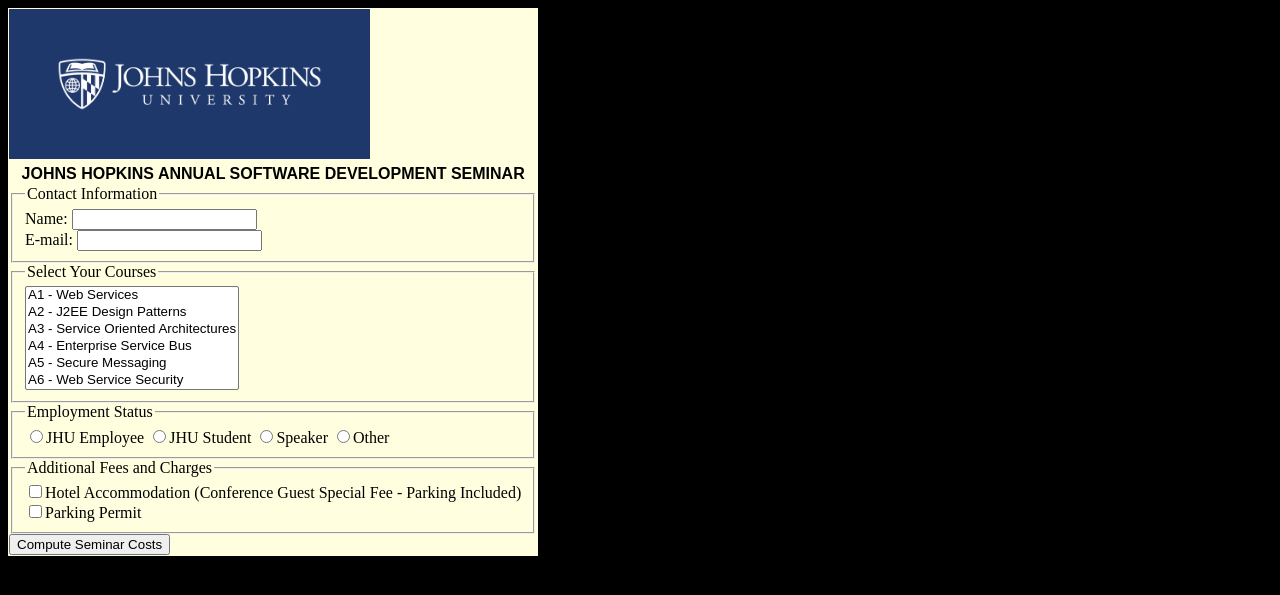
Repository: justinjwk/eclipse-workspace
Page: http://localhost/Homework2/
An editor plug-in stored every save of this project. The page is shown before and after the next save, followed by the edit.
The browser window is 1280 px wide. The pictures show the whole page.
The page is served by Tomcat 9.

Above is the page before, as saved 2019-06-12 03:18:03.

### Homework2/WebContent/index.html
<!DOCTYPE html>
<html>
<head>
<meta charset="UTF-8">
<link rel="stylesheet" href="./jkim342.css">
<title>JHU Annual Software Development Seminar</title>
</head>
<body>
	<table>
		<tr>
			<td class="tableImage"><img src="jhu_logo.png" height=150></td>
		</tr>
		<tr>
			<th>JOHNS HOPKINS ANNUAL SOFTWARE DEVELOPMENT SEMINAR</th>
		</tr>
		<tr>
			<td>
				<form>
					<fieldset>
						<legend>Contact Information</legend>
						Name: <input type="name" name="name" required><br>
						E-mail: <input type="email" name="email" required><br>
					</fieldset>

					<fieldset>
						<legend>Select Your Courses</legend>
						<select name="course" size="6" multiple required>
							<option value="A1">A1 - Web Services</option>
							<option value="A2">A2 - J2EE Design Patterns</option>
							<option value="A3">A3 - Service Oriented Architectures</option>
							<option value="A4">A4 - Enterprise Service Bus</option>
							<option value="A5">A5 - Secure Messaging</option>
							<option value="A6">A6 - Web Service Security</option>
						</select>
					</fieldset>

					<fieldset>
						<legend>Employment Status</legend>
						<input type="radio" name="employmentstatus" value="employee"
							required>JHU Employee <input type="radio"
							name="employmentstatus" value="student">JHU Student <input
							type="radio" name="employmentstatus" value="speaker">Speaker
						<input type="radio" name="employmentstatus" value="ohter">Other
					</fieldset>

					<fieldset>
						<legend>Additional Fees and Charges</legend>
						<input type="checkbox" name="hotel">Hotel Accommodation
						(Conference Guest Special Fee - Parking Included)<br> <input
							type="checkbox" name="parking">Parking Permit
					</fieldset>

					<input type="submit" value="Compute Seminar Costs"> <input
						type="hidden" name="action" value="register">
				</form>
			</td>
		</tr>
	</table>

</body>
</html>

### Homework2/WebContent/jkim342.css
@charset "UTF-8";
body {
	background-color: black;
}
table {
	border-collapse: collapse;
	background-color: #FFFFE0;
}

td {
	text-align: left;
}

.tableImage {
	text-algin: center;
	ackground-color: #1e376b;
}

th {
	text-algin: center;
	font-family: Arial;

}

After the next save:
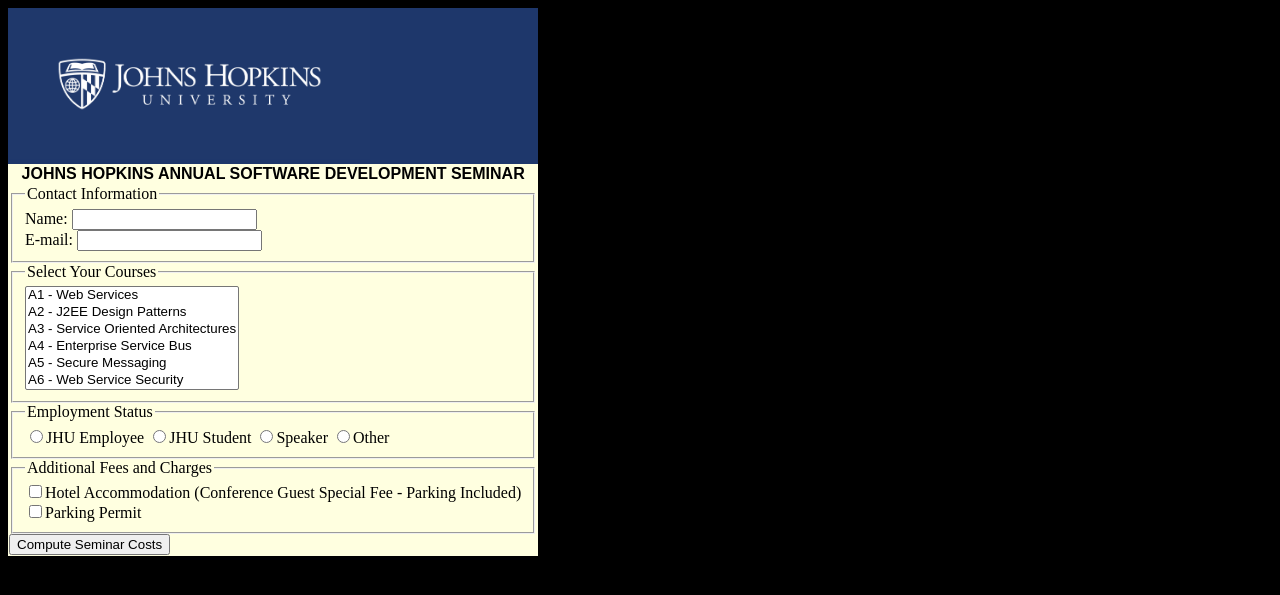
Saved 4 s later.
--- a/Homework2/WebContent/jkim342.css
+++ b/Homework2/WebContent/jkim342.css
@@ -13,7 +13,7 @@
 
 .tableImage {
 	text-algin: center;
-	ackground-color: #1e376b;
+	background-color: #1e376b;
 }
 
 th {
